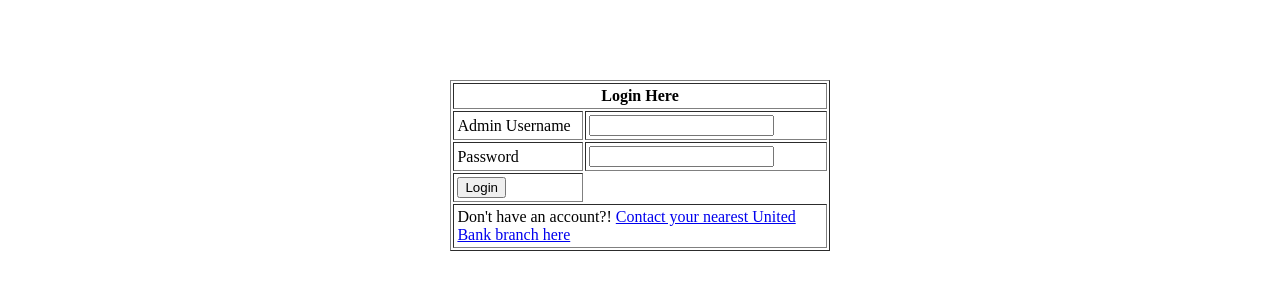
Repository: ameena017/bank-app
Page: http://localhost/banking-app/login.jsp
These files come from the project's save history. The page is drawn as it stood at one moment and after the next save; the edit follows.
The browser window is 1280 px wide. The pictures show the whole page.
The page is served by Tomcat 9. Nobody is signed in. The application's start-up code is not run. Other server files are loaded and not shown.

Above is the page before, as saved 2017-09-19 05:32:03.

### banking-app/WebContent/login.jsp

<%@page contentType="text/html" pageEncoding="UTF-8"%>
<!DOCTYPE html>
<html>
    <head>
        <meta http-equiv="Content-Type" content="text/html; charset=UTF-8">
        <title>Welcome to United Bank</title>
    </head>
    <body>
    </br>
    </br>
    </br>

        <form method="post" action="login">
            <center>
            <table border="1" width="30%" cellpadding="3">
                <thead>
                    <tr>
                        <th colspan="2">Login Here</th>
                    </tr>
                </thead>
                <tbody>
                    <tr>
                        <td>Admin Username</td>
                        <td><input type="text" name="acc_no" value="" /></td>
                    </tr>
                    <tr>
                        <td>Password</td>
                        <td><input type="password" name="password" value="" /></td>
                    </tr>
                    <tr>
                      &nbsp; <td><input type="submit" value="Login" /></td>
                       <!--  <td><input type="reset" value="Reset" /></td> -->
                    </tr>
                    <tr>
                        <td colspan="2">Don't have an account?! <a href="reg.jsp">Contact your nearest United Bank branch here</a></td>
                    </tr>
                </tbody>
            </table>
            </center>
        </form>
    </body>
</html>

After the next save:
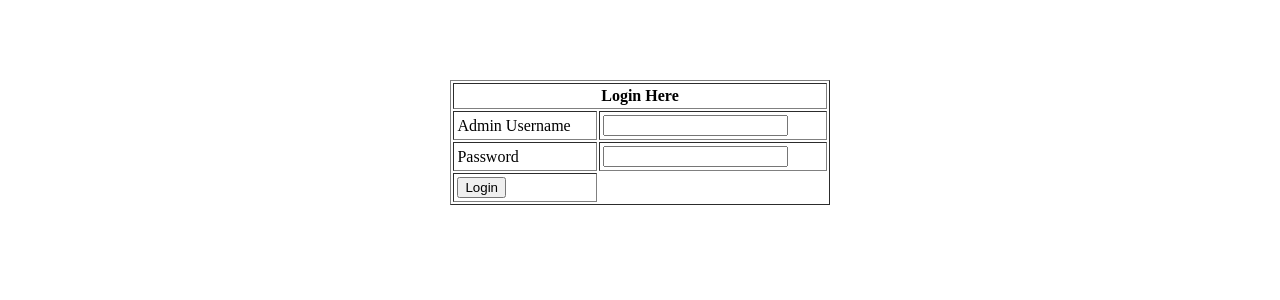
Saved 12 min 54 s later.
--- a/banking-app/WebContent/login.jsp
+++ b/banking-app/WebContent/login.jsp
@@ -32,9 +32,7 @@
                       &nbsp; <td><input type="submit" value="Login" /></td>
                        <!--  <td><input type="reset" value="Reset" /></td> -->
                     </tr>
-                    <tr>
-                        <td colspan="2">Don't have an account?! <a href="reg.jsp">Contact your nearest United Bank branch here</a></td>
-                    </tr>
+
                 </tbody>
             </table>
             </center>
